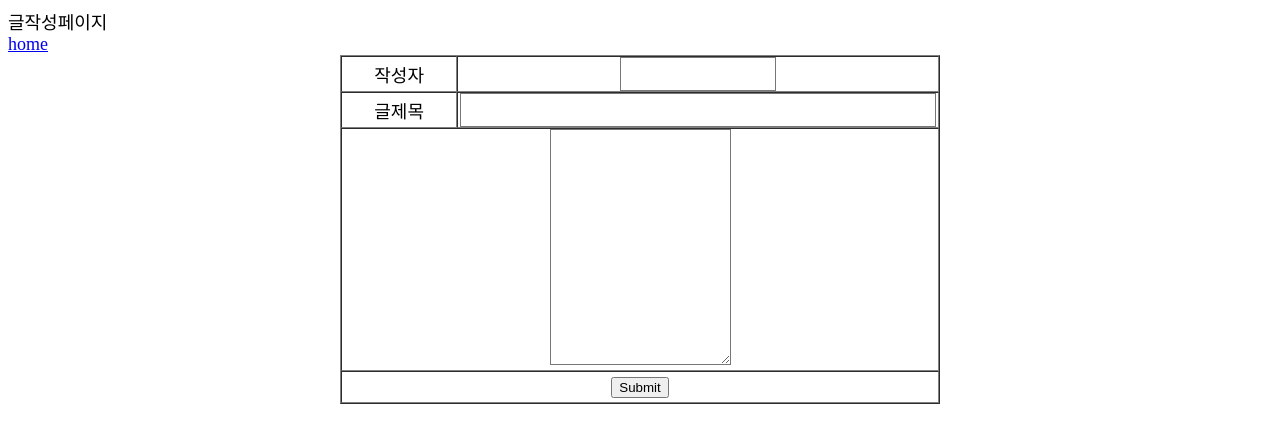
Repository: SniperDitto/save
Page: http://localhost/Boards0425/02_client/01_boards/write.jsp
An editor plug-in stored every save of this project. The page is shown before and after the next save, followed by the edit.
The browser window is 1280 px wide. The pictures show the whole page.
The page is served by Tomcat 9. Other server files are loaded and not shown.

Above is the page before, as saved 2022-04-26 00:27:14.

### 2022JAVA_YSH 1/JAVA/Web/Boards0425/WebContent/02_client/01_boards/write.jsp
<%@ page language="java" contentType="text/html; charset=UTF-8"
    pageEncoding="UTF-8"%>
<!DOCTYPE html>
<html>
<head>
<meta charset="UTF-8">
<title>글작성</title>
<link rel="stylesheet" type="text/css" href="../css/board.css"/>
</head>
<body>
	<div>
		글작성페이지
	</div>
	<div>
		<a href="../../index.jsp">home</a>
	</div>
	<table cellpadding="0" cellspacing="0" width="600px" align="center" border="1">
		<tr>
			<td width="120px" height="30px" align="center">작성자</td>
			<td width="480px" height="30px" align="center">
				<input type="text" name="userID" id="userID" class="text1" style="width:150px;height:30px"/>
			</td>
		</tr>
		<tr>
			<td width="120px" height="30px" align="center">글제목</td>
			<td width="480px" height="30px" align="center">
				<input type="text" name="title" id="title" class="text1" style="width:470px;height:30px"/>
			</td>
		</tr>
		<tr>
			<td width="600" height="30px" align="center" colspan="2">
				<textarea name="content" id="content" class="text1" style="width:590;height:230px"></textarea>
			</td>
		</tr>
		<tr>
			<td width="600" height="30px" align="center" colspan="2">
				<input type="submit" />
			</td>
		</tr>
	</table>
</body>
</html>

### 2022JAVA_YSH 1/JAVA/Web/Boards0425/WebContent/02_client/css/board.css
@charset "UTF-8";

body{
	font-size:18px;

}

.text1{
	border:1px solid #777;

}

After the next save:
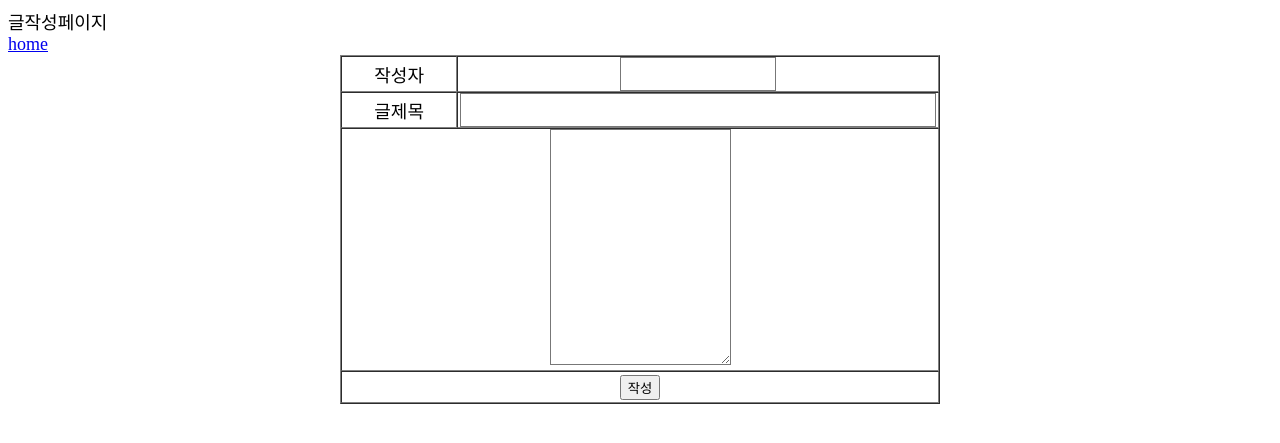
Saved 7 s later.
--- a/2022JAVA_YSH 1/JAVA/Web/Boards0425/WebContent/02_client/01_boards/write.jsp
+++ b/2022JAVA_YSH 1/JAVA/Web/Boards0425/WebContent/02_client/01_boards/write.jsp
@@ -34,7 +34,7 @@
 		</tr>
 		<tr>
 			<td width="600" height="30px" align="center" colspan="2">
-				<input type="submit" />
+				<input type="submit" value="작성"/>
 			</td>
 		</tr>
 	</table>
